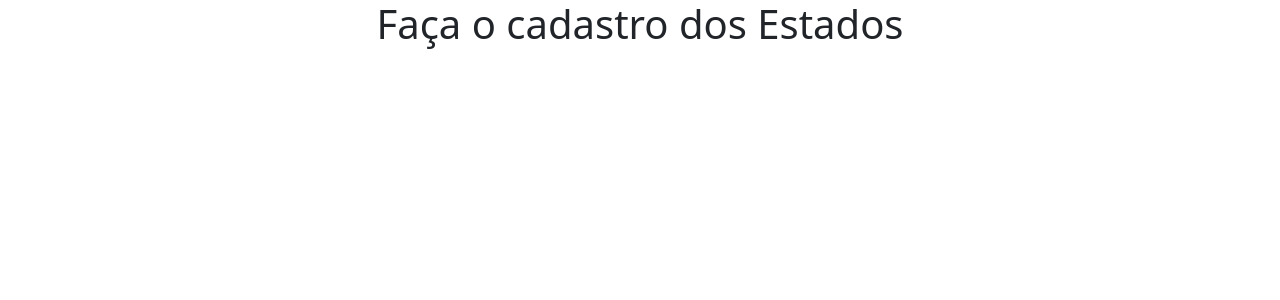
Repository: danielandradedasilva/ProjetoWebJava
Page: http://localhost/projetoweb/
The author's editor kept a copy of each file at every save. The page is drawn from the files as they stood at one save, then again after the next save.
The browser window is 1280 px wide. The pictures show the whole page.
The page is served by Tomcat 9.

Above is the page before, as saved 2021-05-10 01:47:37.

After the next save:
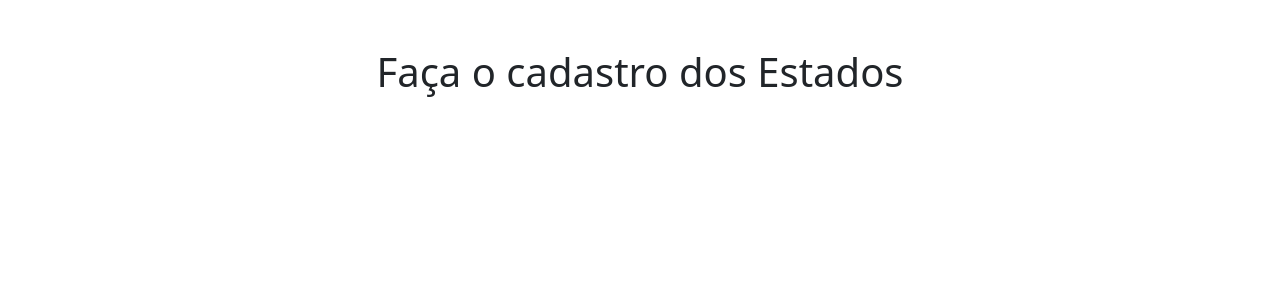
Saved 21 s later.
--- a/projetoweb/src/main/webapp/index.jsp
+++ b/projetoweb/src/main/webapp/index.jsp
@@ -15,7 +15,7 @@
 <body>
 
 	<div class="container">
-		<h1 align="center" class="mb-5">Faça o cadastro dos Estados</h1>
+		<h1 align="center" class="mt-5">Faça o cadastro dos Estados</h1>
 
 		<div class="row">
 			<div class="col"></div>
